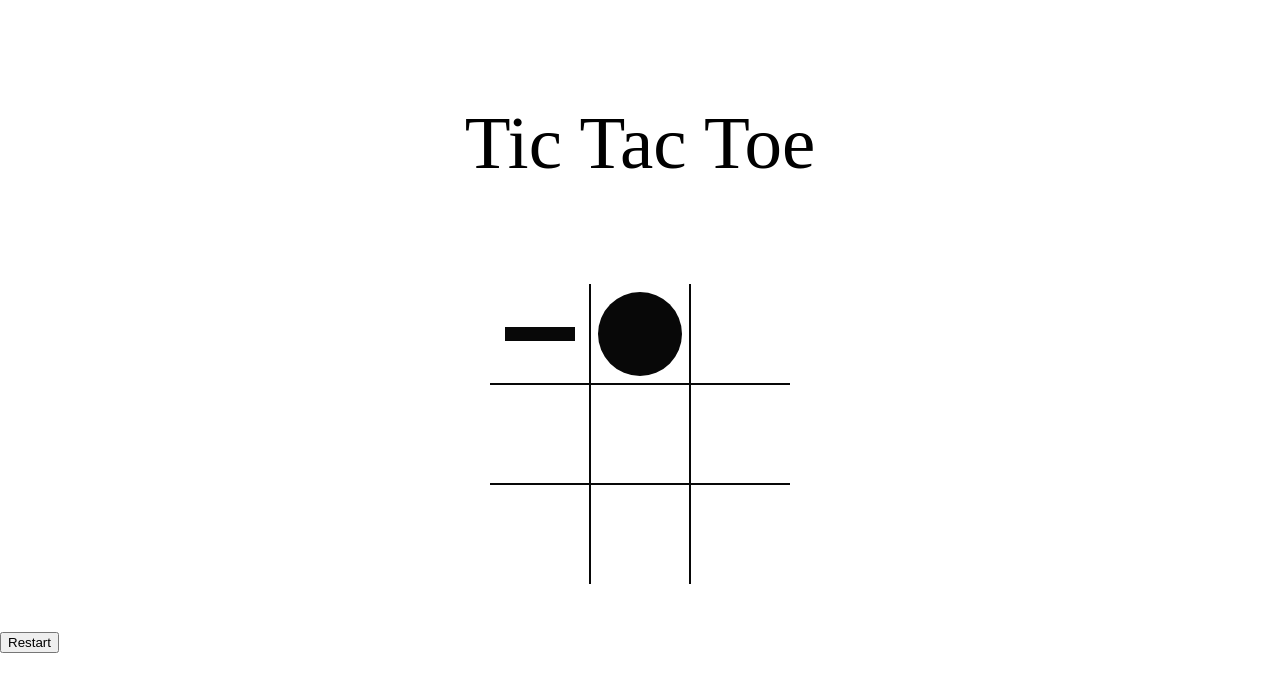
Repository: kkyler24/MCLA
Page: devFiles/TictactoeFiles/ticTacToe.html
The author's editor kept a copy of each file at every save. The page is drawn from the files as they stood at one save, then again after the next save.
The browser window is 1280 px wide. The pictures show the whole page.

Above is the page before, as saved 2020-04-17 15:32:52.

After the next save:
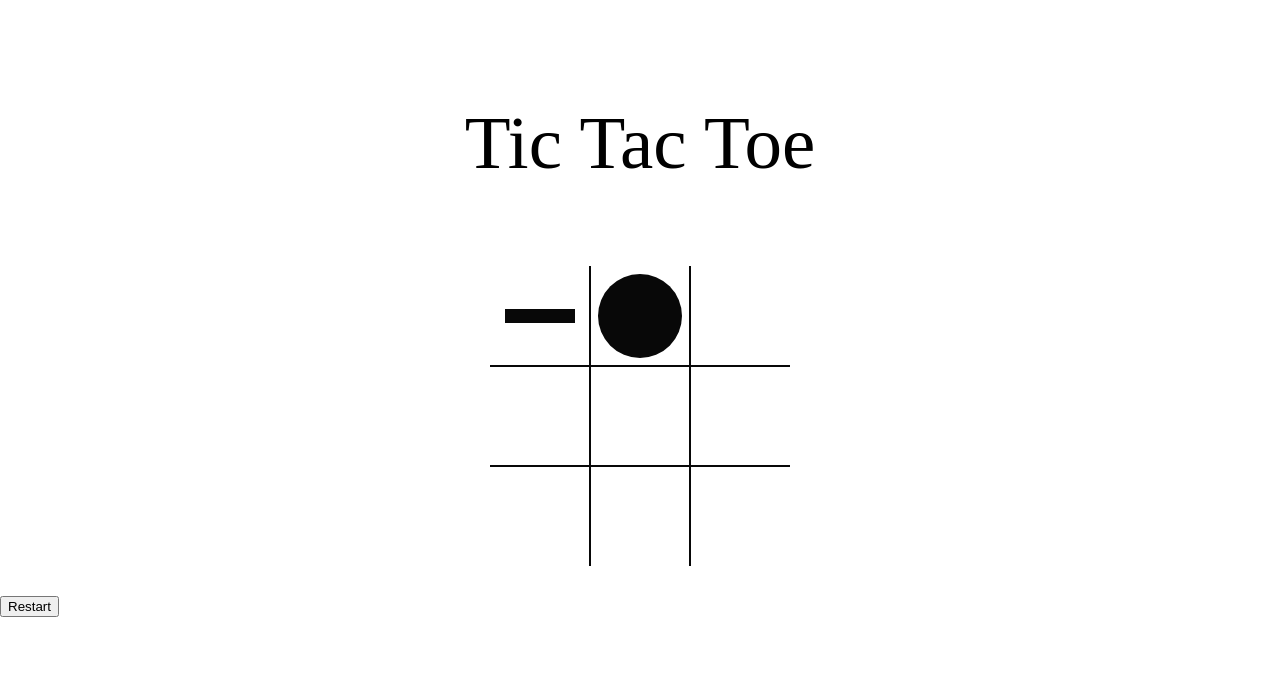
Saved 12 s later.
--- a/devFiles/TictactoeFiles/tictactoe.css
+++ b/devFiles/TictactoeFiles/tictactoe.css
@@ -20,7 +20,7 @@ body{
 
 .BoardOne{
     width: 100vw;
-    height: 55vh;
+    height: 50vh;
     display: grid;
     justify-content: center;
     align-content: center;
